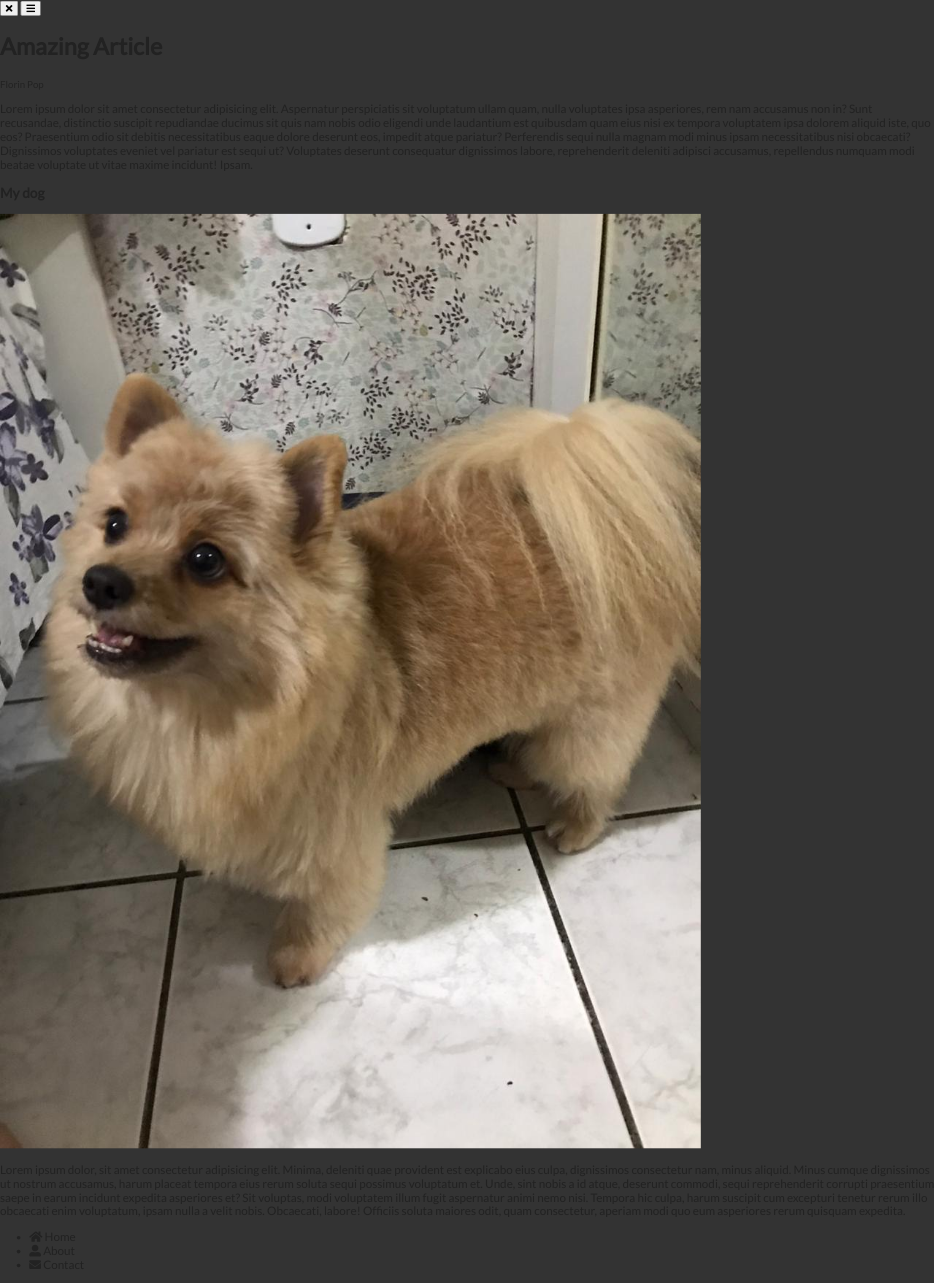
Repository: Williamlmachado/Rotating-Navigation
Page: index.html
The author's editor kept a copy of each file at every save. The page is drawn from the files as they stood at one save, then again after a run of saves.
The browser window is 1280 px wide. The pictures show the whole page, at 73% of full size.
Some web libraries are served in a nearby version.

Above is the page before, as saved 2021-08-13 09:36:20.

After the next 2 saves:
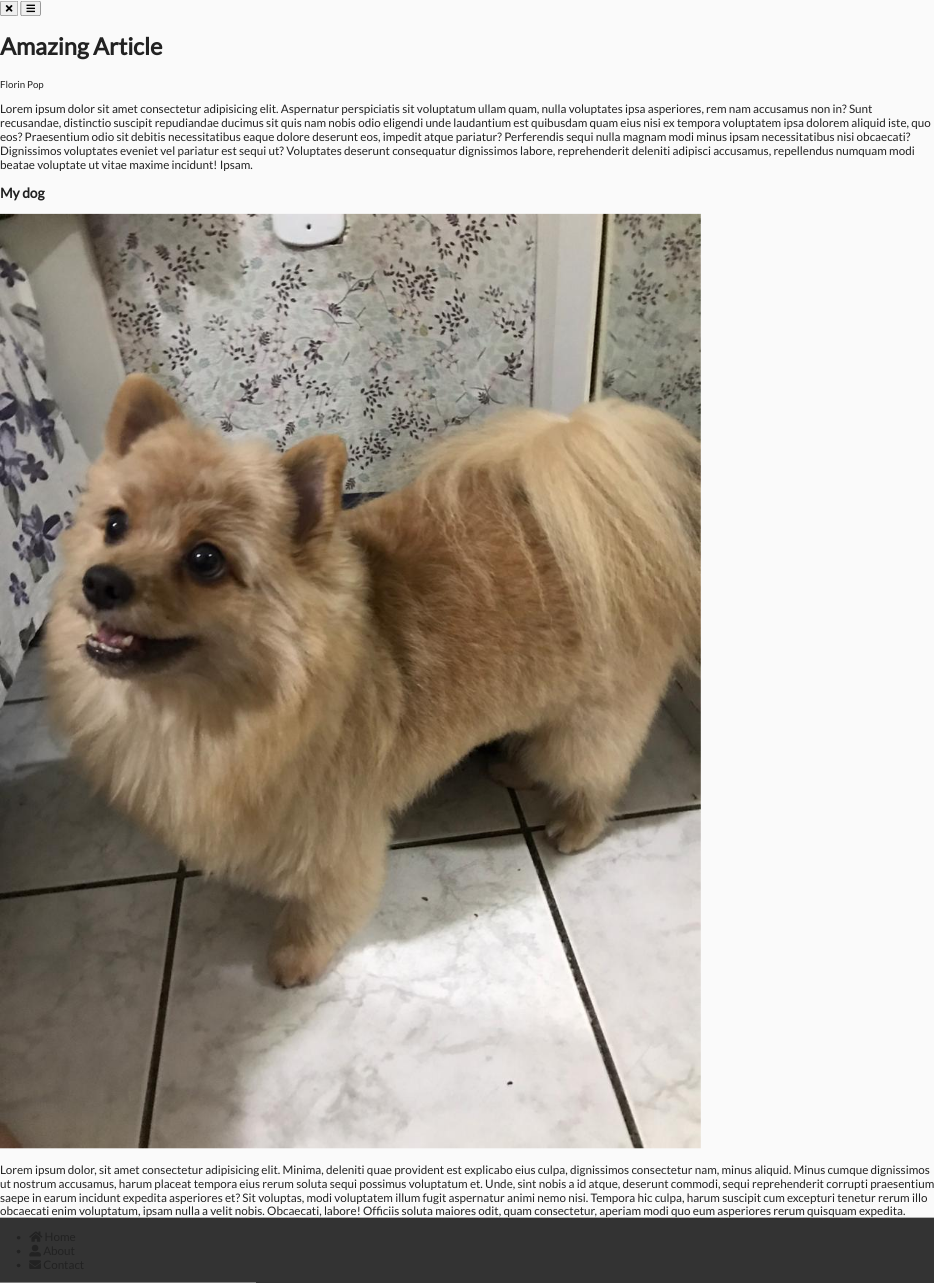
The 2 saves are shown as one change because they came seconds apart.
The last was saved 8 s later.
--- a/style.css
+++ b/style.css
@@ -12,5 +12,6 @@ body {
   margin: 0;
 }
 .container{
+    background-color: #fafafa;
 
 }
